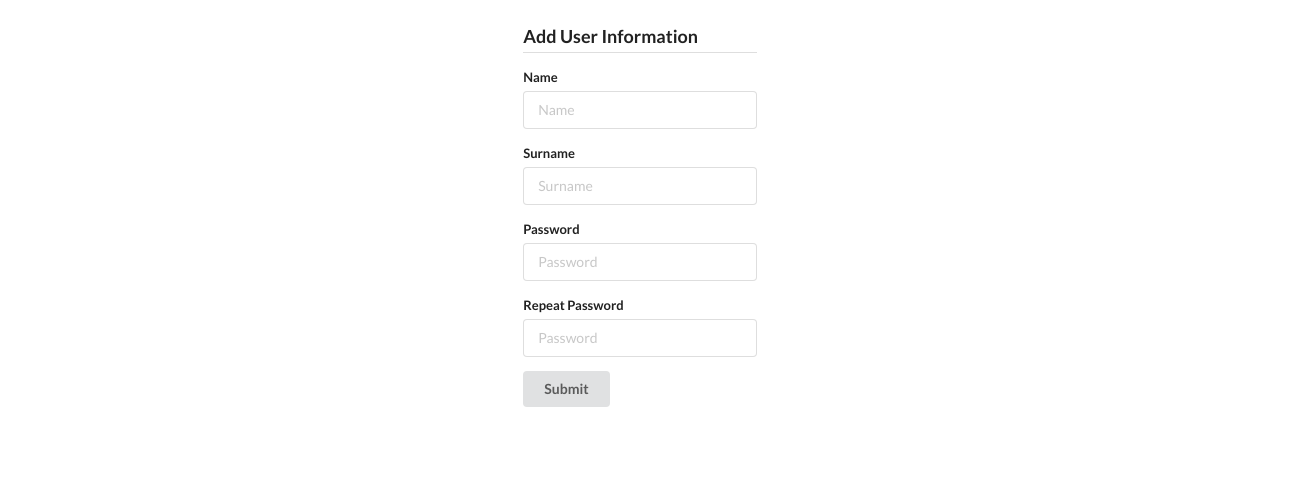
Repository: fabienpuissant/ASI_Atelier2
Page: card-market/src/main/resources/static/addUser.html
These files come from the project's save history. The page is drawn as it stood at one moment and after the next save; the edit follows.
The browser window is 1280 px wide. The page is 1294 px wide, so the pictures cover 1294 px, including what lies to the right of the window. The pictures show the whole page.

Above is the page before, as saved 2020-04-16 17:15:25.

### card-market/src/main/resources/static/addUser.html
<!DOCTYPE html>
<html>
<head>
<meta charset="ISO-8859-1">
<title>Register</title>

<link rel="stylesheet" type="text/css" href="Semantic-UI/semantic.css">
</head>
<body>

<div class="ui negative message" id = "errorbanner">
		<div class="header" id = "error" style = "text-align:center;">

		</div>
</div>

 <div class="ui five column grid">
     <div class="row"></div>
     <div class="column"></div>
     <div class="column"></div>
     <div class="column">
         <form class="ui form" action="" method="POST" id = "form">
             <h3 class="ui dividing header">Add User Information</h3>
             <div class="field">
                 <label>Name</label>
                 <input type="text" name="Name" placeholder="Name" id = "Name" required>
             </div>
             <div class="field">
                 <label>Surname</label>
                 <input type="text" name="Surname" placeholder="Surname" id = "Surname" required>
             </div>
             <div class="field">
                 <label>Password</label>
                 <input type="password" name="Password" placeholder="Password" id = "Password" required>
             </div>
             <div class="field">
                 <label>Repeat Password</label>
                 <input type="password" name="RepeatPassword" placeholder="Password" id = RepeatPassword required>
             </div>
             <button class="ui button" >Submit</button>
         </form>
     </div>
 </div>

  <script src="js/jquery-3.3.1.min.js"></script>
  <script src="Semantic-UI/semantic.js"></script>
  <script src="js/addUser.js"></script>
</body>
</html>

### card-market/src/main/resources/static/js/addUser.js
//Valeurs par défaut de la carte à l'arrivée sur la page

$(document).ready(function(){

$("#errorbanner").hide();

$("#form").submit(function(event){

	$("#errorbanner").hide();

	event.preventDefault();
	var error = "";

	var Name = $("#Name").val();
	var Surname = $("#Surname").val();
	var Password = $("#Password").val();
	var RepeatPassword = $("#RepeatPassword").val()

	//Si jamais le formulaire n'est pas compètement rempli
	if(Name == "" || Surname == "" || Password == "" || RepeatPassword == ""){
		error = "Please fully complete the form";
	}
	else if (Password != RepeatPassword){
		error = "Passwords don't match";
	}
	else {
		//Si le formulaire est complètement rempli, on peut faire un appel ajax vers le serveur afin qu'il ajoute l'utilisateur

		var json = {"name": Name, "surname": Surname, "password": Password};
		$.ajax({
		  url:"/UserService/addUser",
		  type:"POST",
		  data:JSON.stringify(json),
		  contentType:"application/json; charset=utf-8",
		  dataType:"json",
		  success: function( data ){
			  console.log(data);
		  }
		})

	}

	if(error != ""){
		$("#error").text(error);
		$("#errorbanner").show();
	}


});


});

Loaded but not shown: card-market/src/main/resources/static/Semantic-UI/semantic.css (library); card-market/src/main/resources/static/js/jquery-3.3.1.min.js (library); card-market/src/main/resources/static/Semantic-UI/semantic.js (library)

After the next save:
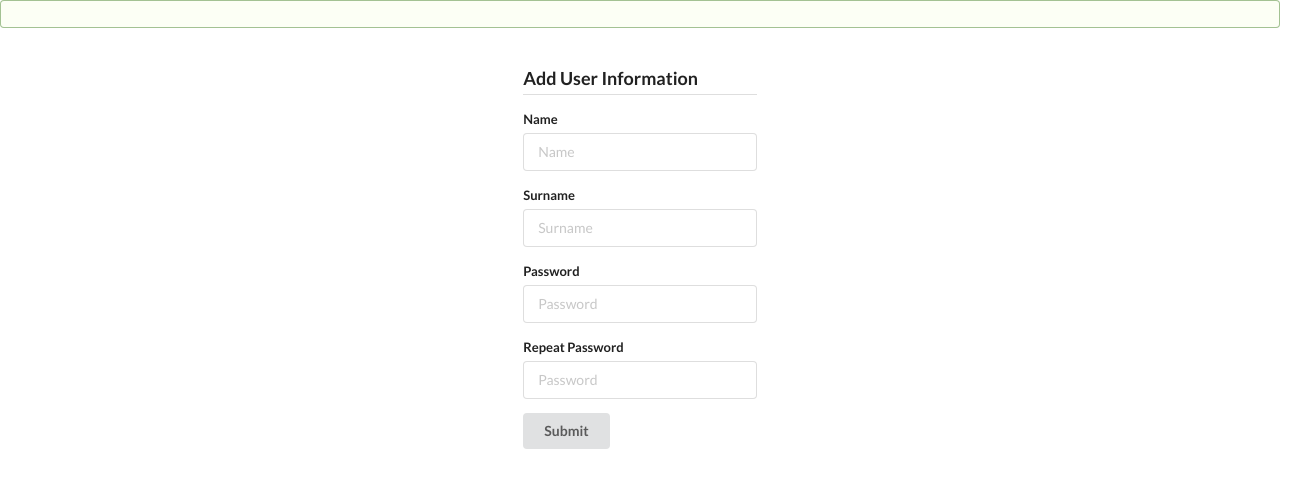
Saved 70 s later.
--- a/card-market/src/main/resources/static/addUser.html
+++ b/card-market/src/main/resources/static/addUser.html
@@ -7,6 +7,12 @@
 <link rel="stylesheet" type="text/css" href="Semantic-UI/semantic.css">
 </head>
 <body>
+
+<div class="ui positive message" id = "successbanner">
+		<div class="header" id = "error" style = "text-align:center;">
+
+		</div>
+</div>
 
 <div class="ui negative message" id = "errorbanner">
 		<div class="header" id = "error" style = "text-align:center;">
